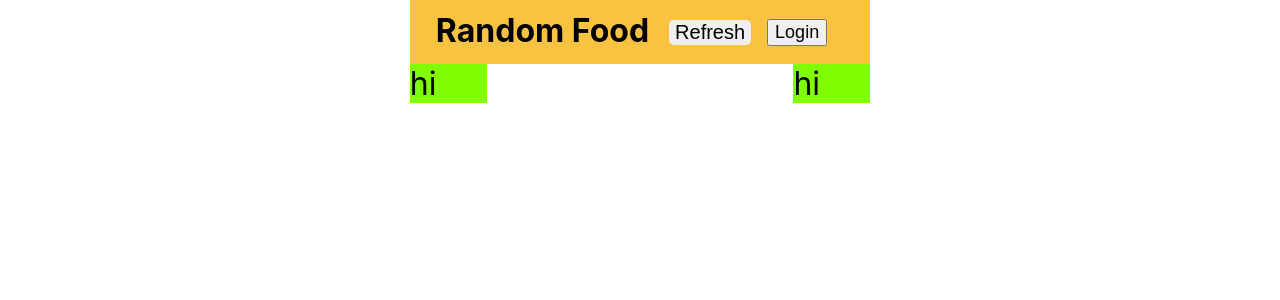
Repository: limjoohyun2030/random-food
Page: /random-food/home
These files come from the project's save history. The page is drawn as it stood at one moment and after the next save; the edit follows.
The browser window is 1280 px wide. The pictures show the whole page.
The page's requests for data from a server got no answer. The project was rebuilt for these pictures with package versions that can differ from the ones it lists, and the page was loaded fresh each time. A package was used in the major version that the imports need, not the one package.json lists. No one was signed in, and anything a server would have sent is missing. Also part of the build but not shown: src/components/food_detail/food_detail.module.css, src/components/food_detail/food_detail.jsx, src/components/food_item/food_item.module.css, src/components/food_item/food_item.jsx, src/components/login/login.module.css, src/components/login/login.jsx.

Above is the page before, as saved 2021-11-11 02:24:57.

After the next save:
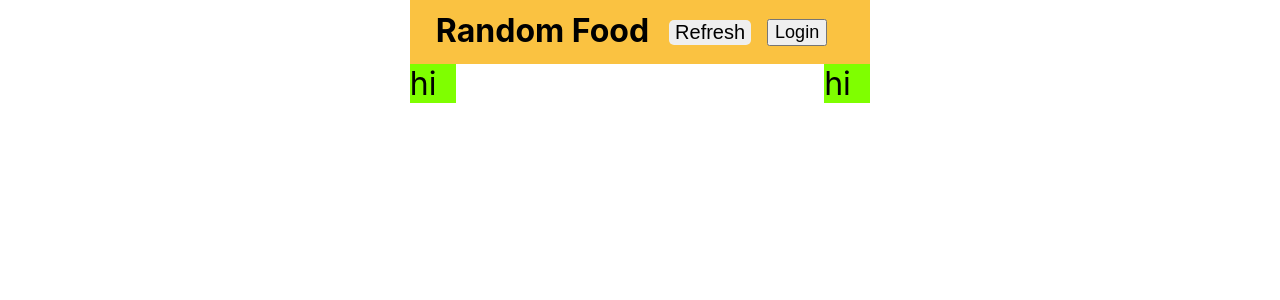
Saved 15 s later.
--- a/src/components/food_list/food_list.module.css
+++ b/src/components/food_list/food_list.module.css
@@ -16,13 +16,13 @@
 .sidebarLeft {
   background-color: chartreuse;
   font-size: 2em;
-  width: 20%;
+  width: 10%;
 }
 
 .sidebarRight {
   background-color: chartreuse;
   font-size: 2em;
-  width: 20%;
+  width: 10%;
 }
 
 @media screen and (max-width: 769px) {
